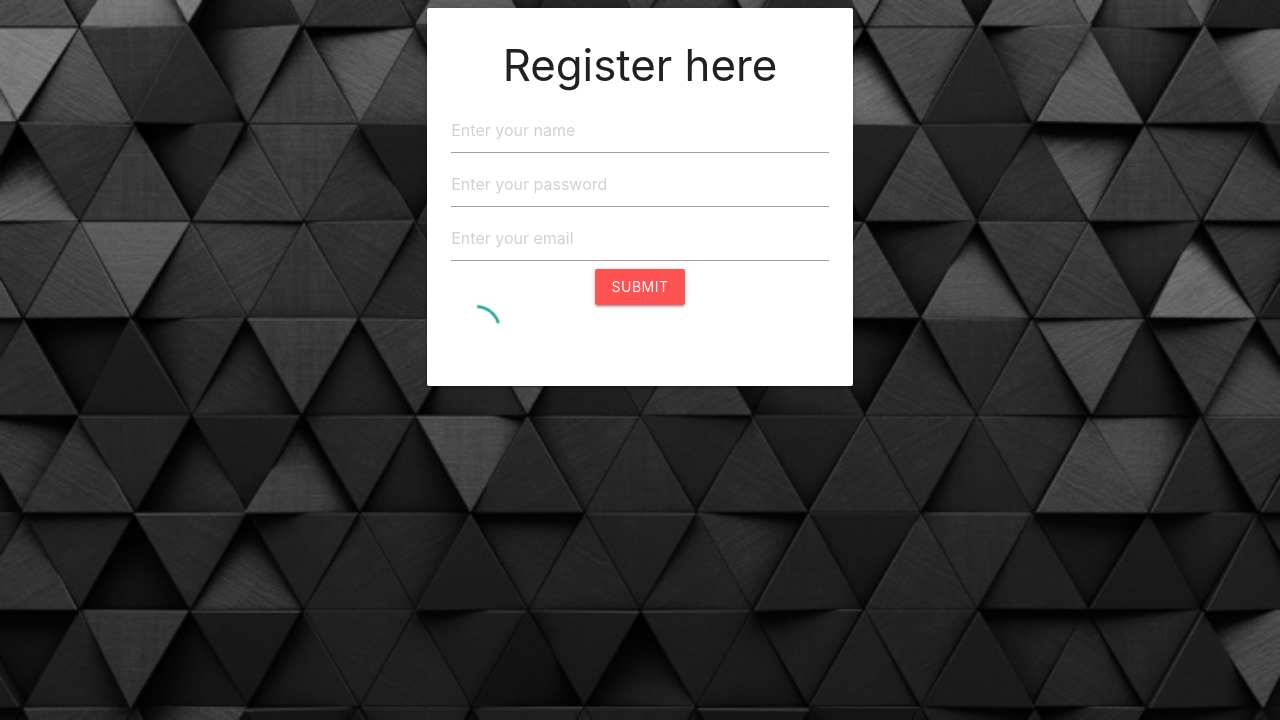
Repository: Attishgawali/JavaServletAndJSP
Page: http://localhost/Register/signup.jsp
The author's editor kept a copy of each file at every save. The page is drawn from the files as they stood at one save, then again after the next save.
The browser window is 1280 px wide. The pictures show the whole page.
The page is served by Tomcat 9.

Above is the page before, as saved 2023-07-06 11:43:32.

### Register/src/main/webapp/signup.jsp
<%@ page language="java" contentType="text/html; charset=UTF-8"
	pageEncoding="UTF-8"%>
<!DOCTYPE html>
<html>
<head>
<meta charset="UTF-8">
<title>Insert title here</title>
<!-- Compiled and minified CSS -->
<link rel="stylesheet"
	href="https://cdnjs.cloudflare.com/ajax/libs/materialize/1.0.0/css/materialize.min.css">

<!-- Compiled and minified JavaScript -->
<script
	src="https://cdnjs.cloudflare.com/ajax/libs/materialize/1.0.0/js/materialize.min.js"></script>
</head>
<body
	style="background: url(image/shutterstock.jpg); background-size: cover; background-attachment: fixed">
	<div class="container">
		<div class="row">
			<div class="col m6 offset-m3 ">
				<div class="card">
					<div class="card-content">
						<h3 style="margin-top: 10px;" class="center-align">Register
							here</h3>
						<div class="form center-align">
							<form action="register" method="post">
								<input type="text" name="username" placeholder="Enter your name">
								<input type="password" name="userpassword"
									placeholder="Enter your password"> <input type="email"
									name="useremail" placeholder="Enter your email">

								<button type="submit" class="btn #ff5252 red accent-2">Submit</button>
							</form>
						</div>

						<div class="loader">
							<div class="preloader-wrapper active">
								<div class="spinner-layer spinner-black-only">
									<div class="circle-clipper left">
										<div class="circle"></div>
									</div>
									<div class="gap-patch">
										<div class="circle"></div>
									</div>
									<div class="circle-clipper right">
										<div class="circle"></div>
									</div>
								</div>
							</div>
						</div>
					</div>
				</div>
			</div>
		</div>
	</div>
</body>
</html>

After the next save:
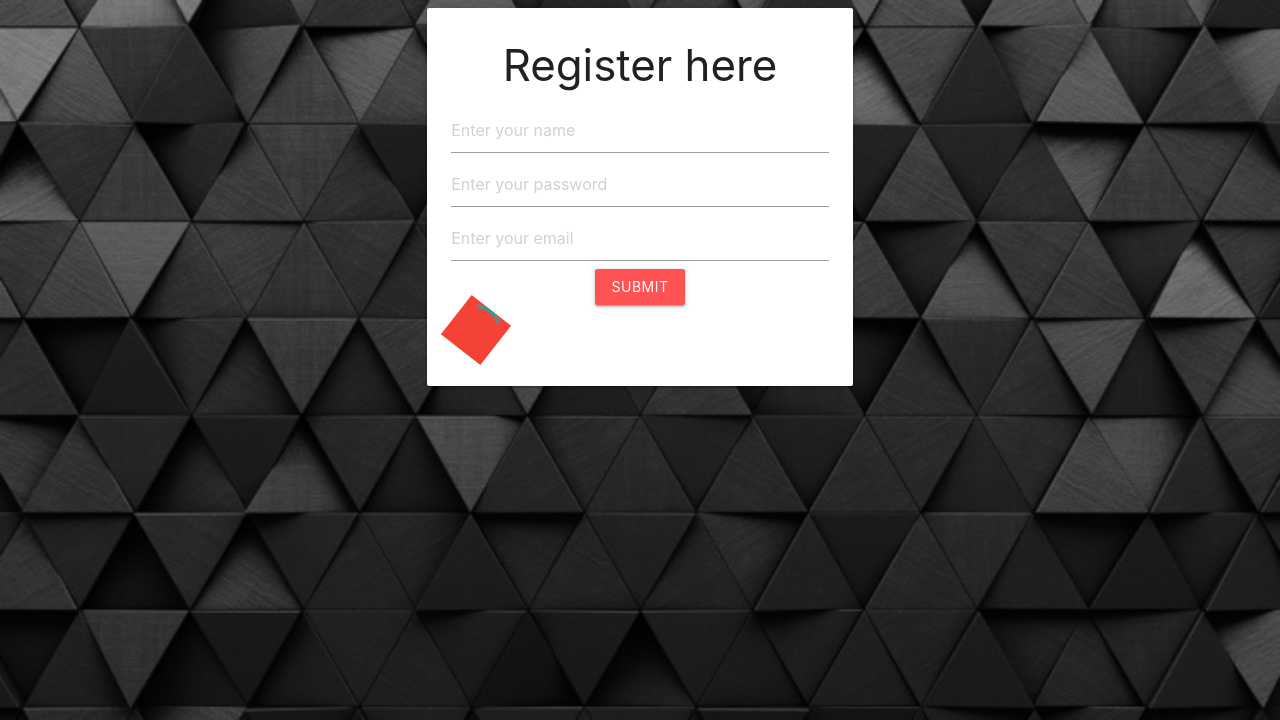
Saved 10 s later.
--- a/Register/src/main/webapp/signup.jsp
+++ b/Register/src/main/webapp/signup.jsp
@@ -35,7 +35,7 @@
 
 						<div class="loader">
 							<div class="preloader-wrapper active">
-								<div class="spinner-layer spinner-black-only">
+								<div class="spinner-layer spinner-#ff5252 red accent-2-only">
 									<div class="circle-clipper left">
 										<div class="circle"></div>
 									</div>

After the save that followed:
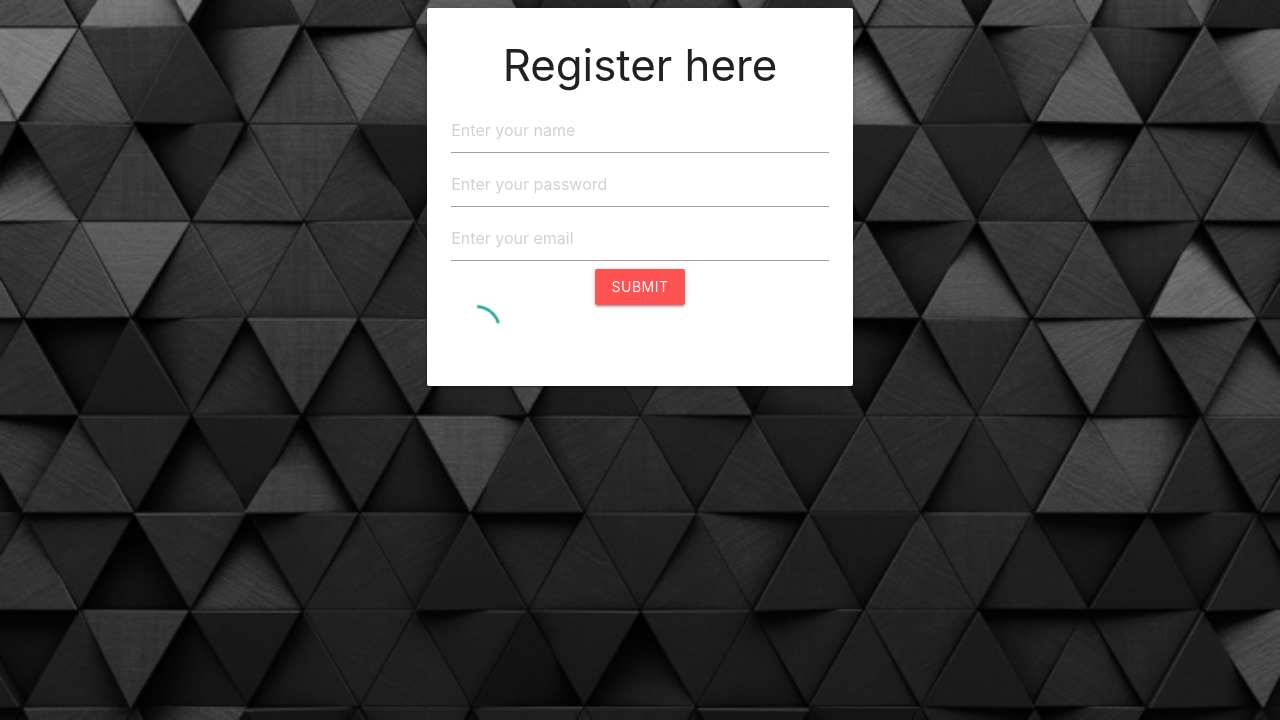
Saved 33 s later.
--- a/Register/src/main/webapp/signup.jsp
+++ b/Register/src/main/webapp/signup.jsp
@@ -35,7 +35,7 @@
 
 						<div class="loader">
 							<div class="preloader-wrapper active">
-								<div class="spinner-layer spinner-#ff5252 red accent-2-only">
+								<div class="spinner-layer spinner-black-only">
 									<div class="circle-clipper left">
 										<div class="circle"></div>
 									</div>
